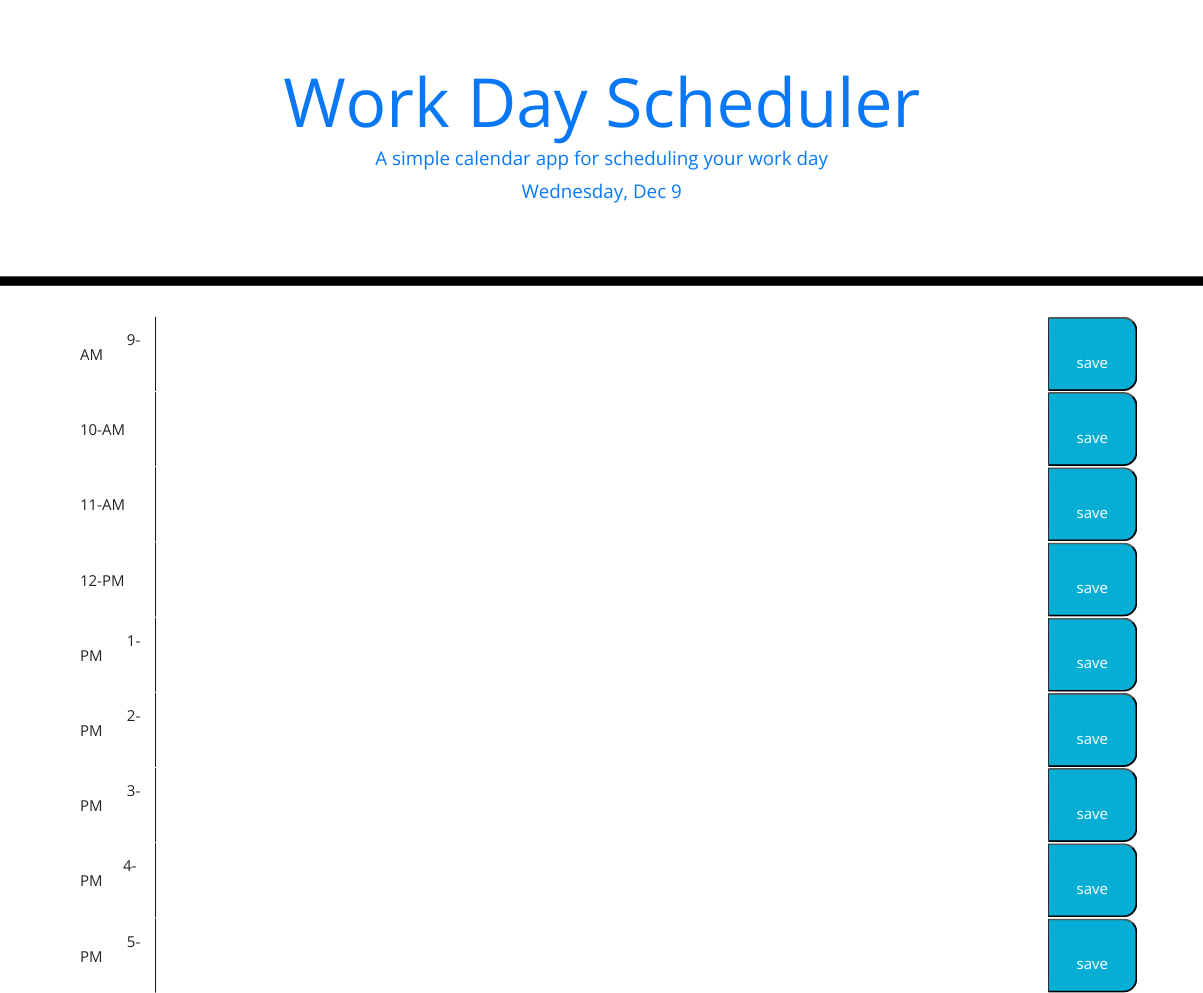
Repository: Mf948/DailyPlannerJS
Page: Develop/index.html
The author's editor kept a copy of each file at every save. The page is drawn from the files as they stood at one save, then again after the next save.
The browser window is 1280 px wide. The pictures show the whole page, at 94% of full size.
Some web libraries are served in a nearby version.

Above is the page before, as saved 2020-12-09 17:20:32.

### Develop/index.html
<!DOCTYPE html>
<html lang="en">
  <head>
    <meta charset="UTF-8" />
    <meta name="viewport" content="width=device-width, initial-scale=1.0" />
    <meta http-equiv="X-UA-Compatible" content="ie=edge" />
    <link
      rel="stylesheet"
      href="https://stackpath.bootstrapcdn.com/bootstrap/4.3.1/css/bootstrap.min.css"
    />
    <link
      rel="stylesheet"
      href="https://use.fontawesome.com/releases/v5.8.1/css/all.css"
      integrity="sha384-50oBUHEmvpQ+1lW4y57PTFmhCaXp0ML5d60M1M7uH2+nqUivzIebhndOJK28anvf"
      crossorigin="anonymous"
    />
    <link
      href="https://fonts.googleapis.com/css?family=Open+Sans&display=swap"
      rel="stylesheet"
    />
    <link rel="stylesheet" href="style.css" />

    <title>Work Day Scheduler</title>
  </head>

  <body>
    <header class="jumbotron">
      <h1 class="display-3">Work Day Scheduler</h1>
      <p class="lead">A simple calendar app for scheduling your work day</p>
      <p id="currentDay" class="lead"></p>
    </header>
    <div class="container">
      <!-- Timeblocks go here -->
        <div class="row">
          <div class="col-1">
            9-AM
          </div>
          <textarea class="col-10">

          </textarea>
          <button class="col-1 saveBtn">
          save
          </button>
        </div>
        <div class="row">
          <div class="col-1">
            10-AM
          </div>
          <textarea class="col-10">

          </textarea>
          <button class="col-1 saveBtn">
          save
          </button>
        </div>
        <div class="row">
          <div class="col-1">
            11-AM
          </div>
          <textarea class="col-10">

          </textarea>
          <button class="col-1 saveBtn">
          save
          </button>
        </div>
        <div class="row">
          <div class="col-1">
            12-PM
          </div>
          <textarea class="col-10">

          </textarea>
          <button class="col-1 saveBtn">
          save
          </button>
        </div>
        <div class="row">
          <div class="col-1">
            1-PM
          </div>
          <textarea class="col-10">

          </textarea>
          <button class="col-1 saveBtn">
          save
          </button>
        </div>
        <div class="row">
          <div class="col-1">
            2-PM
          </div>
          <textarea class="col-10">

          </textarea>
          <button class="col-1 saveBtn">
          save
          </button>
        </div>
        <div class="row">
          <div class="col-1">
            3-PM
          </div>
          <textarea class="col-10">

          </textarea>
          <button class="col-1 saveBtn">
          save
          </button>
        </div>
        <div class="row">
          <div class="col-1">
           4-PM
          </div>
          <textarea class="col-10">

          </textarea>
          <button class="col-1 saveBtn">
          save
          </button>
        </div>
        <div class="row">
          <div class="col-1">
            5-PM
          </div>
          <textarea class="col-10">

          </textarea>
          <button class="col-1 saveBtn">
          save
          </button>
        </div>
    </div>
    <script src="https://unpkg.com/dayjs@1.8.21/dayjs.min.js"></script>
    <script src="https://unpkg.com/dayjs@1.8.21/dayjs.min.js"></script>
    <script src="https://cdnjs.cloudflare.com/ajax/libs/jquery/3.2.1/jquery.min.js"></script>
    <script src="https://cdnjs.cloudflare.com/ajax/libs/moment.js/2.24.0/moment.min.js"></script>
    <script src = "script.js"></script>
  </body>
</html>

### Develop/style.css
body {
  font-family: 'Open Sans', sans-serif;
  font-size: 16px;
  line-height: 1;
}

textarea{
  background: transparent;
  border: none;
  resize: none;
  color: #000000;
  border-left: 1px solid black;
  padding: 10px;
}

.jumbotron {
  text-align: center;
  background-color: transparent;
  color: rgb(9, 120, 246);
  border-radius: 0;
  border-bottom: 10px solid black;
}

.description{
  white-space: pre-wrap;
}

.time-block{
  text-align: center;
  border-radius: 15px;
}

.row {
  white-space: pre-wrap;
  height: 80px;
  border-top: 1px solid white;;
}

.hour {
  background-color: #df1212;
  color: #000000;
  border-top: 1px dashed #000000;
}

.past {
  background-color: #d3d3d3;
  color: white;
}

.present {
  background-color: #ff6961;
  color: white;
}

.future {
  background-color: #77dd77;
  color: white;
}

.saveBtn {
  border-left: 1px solid black;
  border-top-right-radius: 15px;
  border-bottom-right-radius: 15px;
  background-color: #06AED5;
  color: white;
}

.saveBtn i:hover {
  font-size: 20px;
  transition: all .3s ease-in-out;
}

### Develop/script.js

 $(document).ready(function() {
    // currentDay
    $("#currentDay").text(dayjs().format('dddd, MMM D'))
    console.log(dayjs().format('h'))

    function time (){
        var dayjshour = dayjs().format("h")
        if (dayjshour < 5 ) {

        }


    }

 })

After the next save:
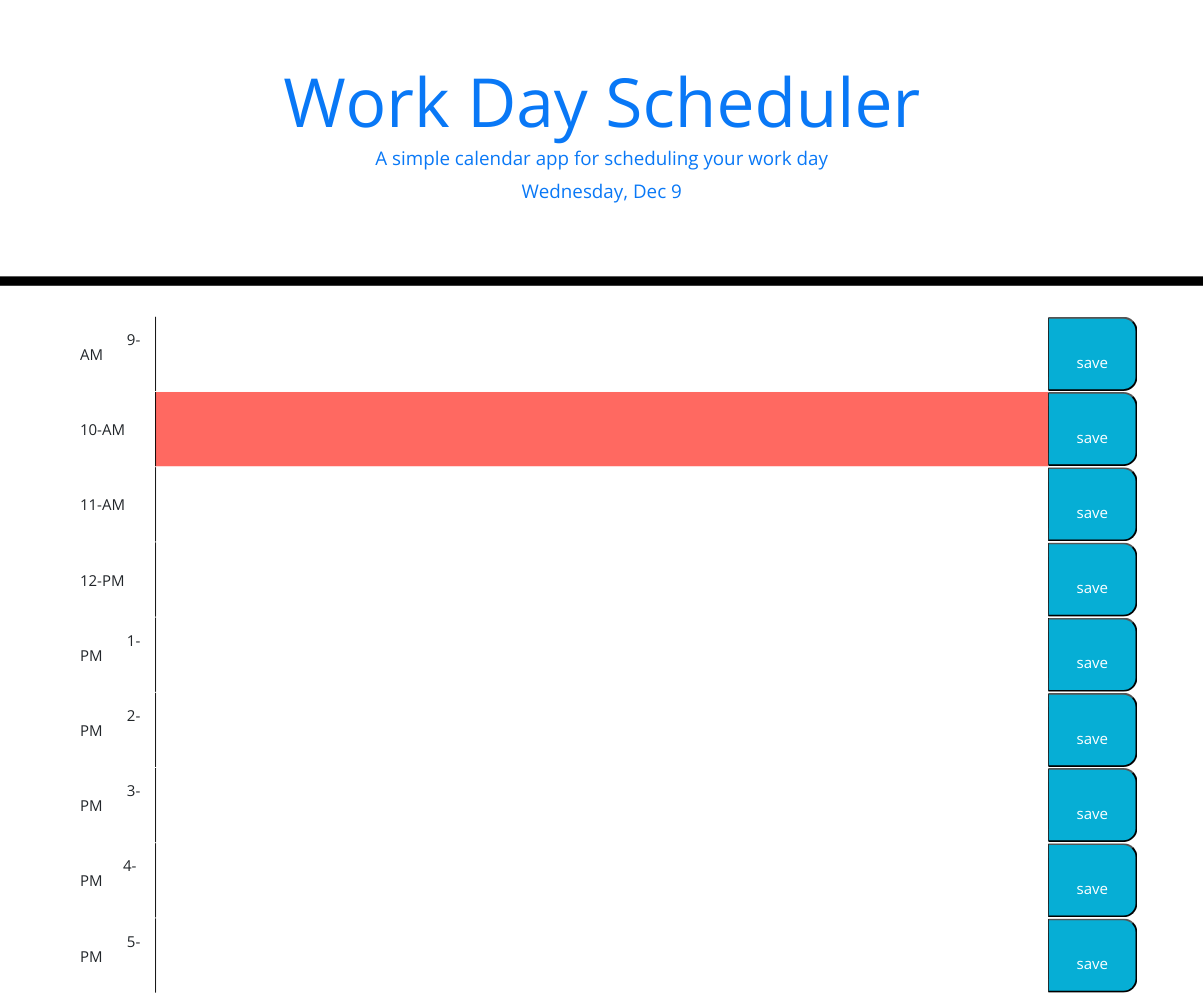
Saved 50 s later.
--- a/Develop/index.html
+++ b/Develop/index.html
@@ -46,7 +46,7 @@
           <div class="col-1">
             10-AM
           </div>
-          <textarea class="col-10">
+          <textarea class="col-10 present">
 
           </textarea>
           <button class="col-1 saveBtn">
